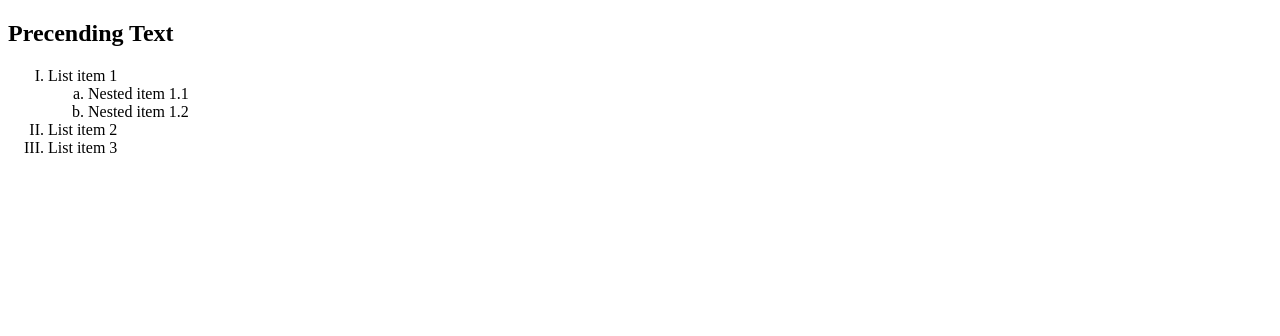
Repository: Rohit-sharma9838/myself
Page: Qspider/list2.html
The author's editor kept a copy of each file at every save. The page is drawn from the files as they stood at one save, then again after the next save.
The browser window is 1280 px wide. The pictures show the whole page.

Above is the page before, as saved 2025-08-16 20:11:22.

After the next save:
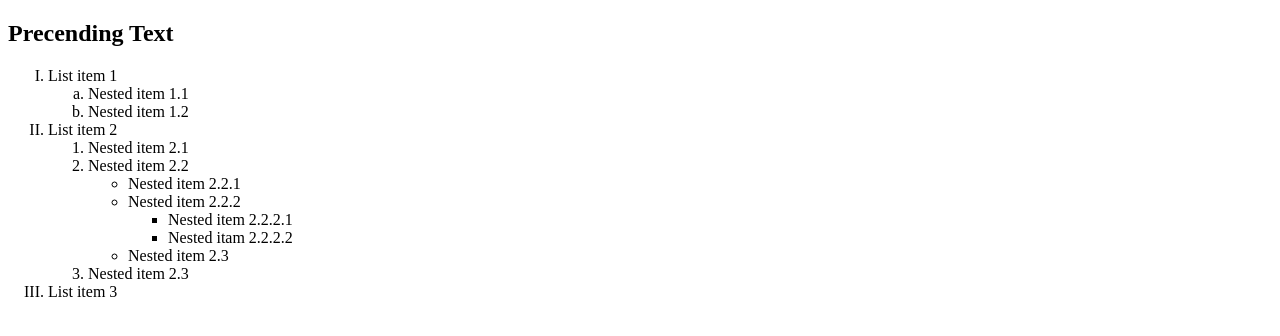
Saved 4 min 23 s later.
--- a/Qspider/list2.html
+++ b/Qspider/list2.html
@@ -14,6 +14,20 @@
             <li>Nested item 1.2</li>
         </ol>
         <li>List item 2</li>
+        <ol type="1">
+            <li>Nested item 2.1</li>
+            <li>Nested item 2.2</li>
+            <ul type="circle">
+                <li>Nested item 2.2.1</li>
+                <li>Nested item 2.2.2</li>
+                <ul type="square">
+                    <li>Nested item 2.2.2.1</li>
+                    <li>Nested itam 2.2.2.2</li>
+                </ul>
+                <li>Nested item 2.3</li>
+            </ul>
+            <li>Nested item 2.3</li>
+        </ol>
         <li>List item 3</li>
     </ol>
 </body>
